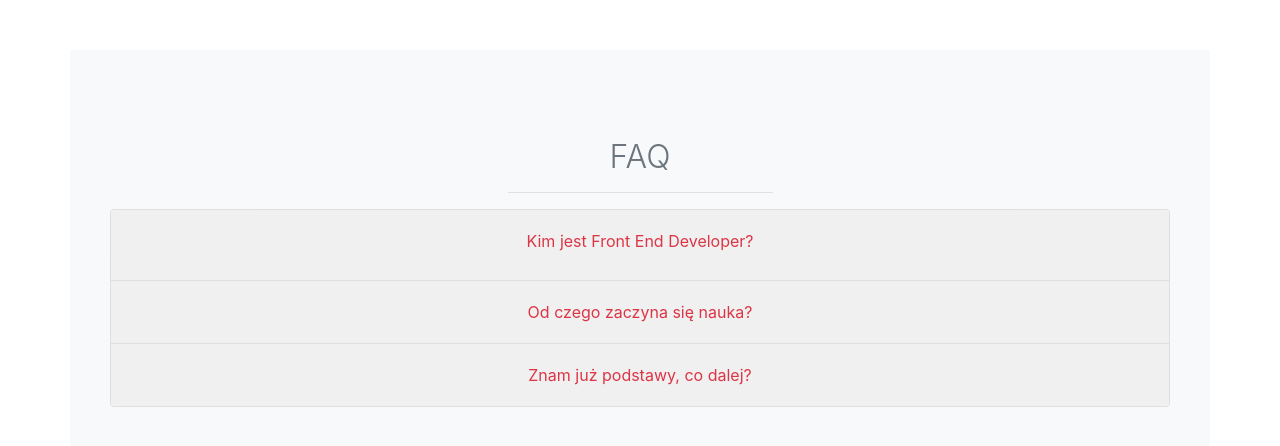
Repository: magdaf41/Bootstrap
Page: zadanie 2/index.html
An editor plug-in stored every save of this project. The page is shown before and after the next save, followed by the edit.
The browser window is 1280 px wide. The pictures show the whole page.

Above is the page before, as saved 2020-09-19 10:41:32.

After the next save:
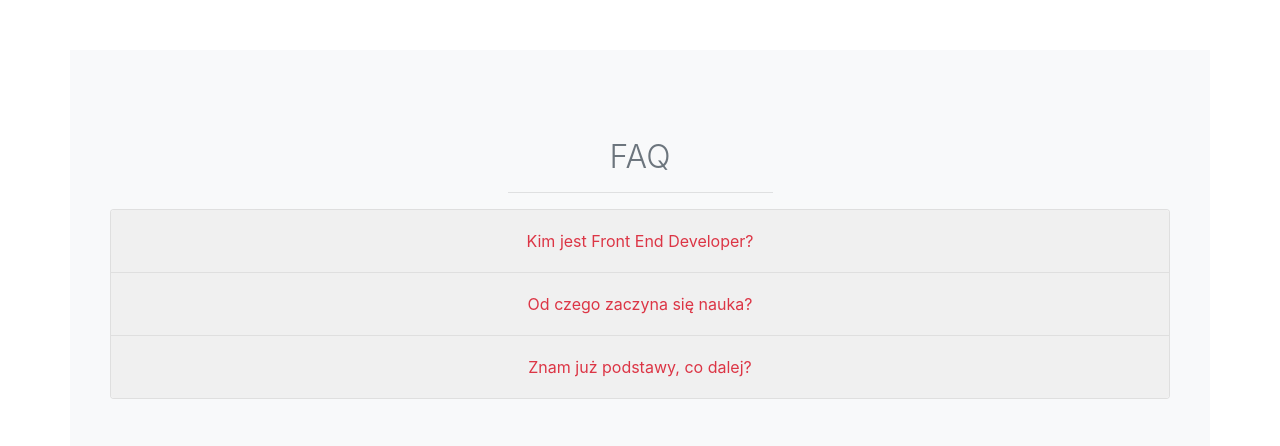
Saved 37 s later.
--- a/zadanie 2/index.html
+++ b/zadanie 2/index.html
@@ -23,7 +23,7 @@
         <div class="accordion" id="accordionExample">
             <div class="card">
                 <div class="card-header" id="headingOne">
-                    <h2>
+                    <h2 class="mb-0">
                         <button class="btn btn-link btn-block text-danger" type="button" data-toggle="collapse"
                             data-target="#collapseOne" aria-expanded="true" aria-controls="collapseOne">
                             Kim jest Front End Developer?
